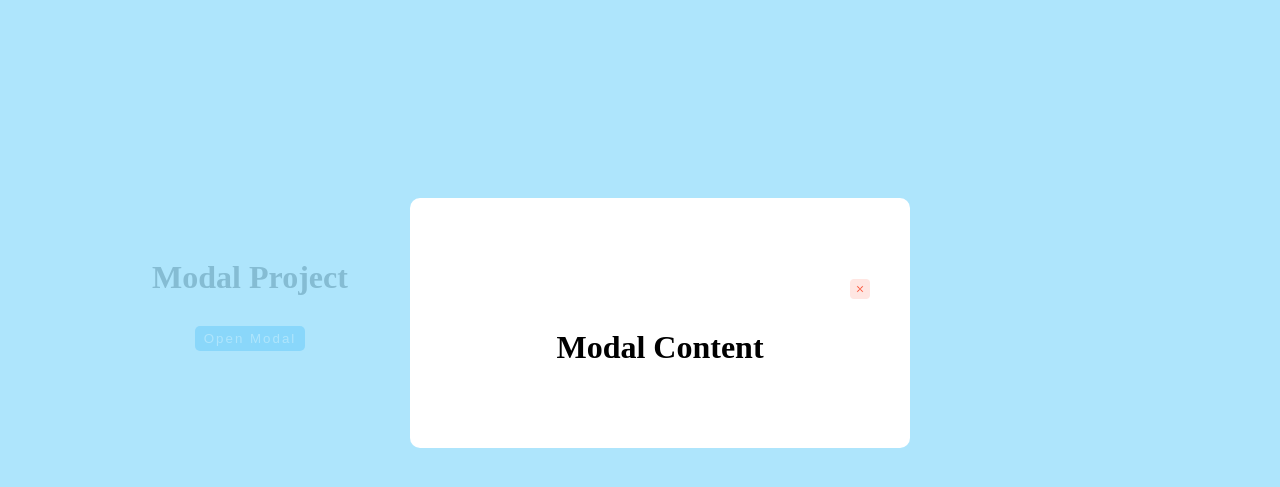
Repository: Trapti10/20-js-practice-projects-in-7-days-challenge
Page: Project_4_Modal_Project/index.html
The author's editor kept a copy of each file at every save. The page is drawn from the files as they stood at one save, then again after a run of saves.
The browser window is 1280 px wide. The pictures show the whole page.

Above is the page before, as saved 2025-11-24 13:54:16.

### Project_4_Modal_Project/index.html
<!DOCTYPE html>
<html lang="en">
<head>
    <meta charset="UTF-8">
    <meta name="viewport" content="width=device-width, initial-scale=1.0">
    <title>Modal Project</title>
    <link rel="stylesheet" href="style.css">
</head>
<body>
    <div class="hero">
     <div class="bg-img"  background-img>

    </div>
    <div class="card">
        <h1>Modal Project</h1>

        <button class="Open">
            Open Modal
        </button>
       </div>
       </div>
       <div class="modal-overlay">
        <div class="madal-container">

            <img src="assests/close.png" alt="">
            <div class="modalContent">
                <h1>Modal Content</h1>
            </div>
        </div>
       </div>
    <script src="script.js"></script>
</body>
</html>

### Project_4_Modal_Project/style.css
*{
    margin: 0;
    padding: 0;
}
.hero{
    place-items: center;
}
.bg-img{
    height: 100vh;
    background-position: center center;
    background-repeat: no-repeat;
    position: relative;
    background-size: max(2200px, 100vw);
    background-image: url("https://png.pngtree.com/thumb_back/fh260/background/20230714/pngtree-simplicity-in-blue-a-living-room-interior-design-with-decor-and-image_3888158.jpg");
    background-repeat: no-repeat;
    align-items: center;
    margin-top: 0;
    align-items: center;

}

.card{
    position: absolute;
    top: 25%;
    background: white;
    min-height: 250px;
    min-width: 500px;
    display: flex;
    justify-content: center;
    align-items:center ;
    flex-direction: column;
    border: none;
    border-radius: 10px;
    gap: 30px;
}

button{
    height: 25px;
    width: 110px;
    color: white;
    background: rgb(29, 166, 246);
    border: none;
    letter-spacing: 2px;
    border-radius: 5px;
    padding: 0 4px;
}

button:hover{
    background: transparent;
    color: black;
    border: 2px solid rgb(29, 166, 246);
}

.modal-overlay{
    background: rgba(159, 225, 252, 0.84);
    position: fixed;
    top: 0;
    left: 0;
    width: 100%;
    height: 100%;
    place-items:center;
    display: grid;
    transition: 400ms ease;
    padding: 35px 20px;
    /* visibility: visible; */
    /* z-index: -10; */
}

.madal-container{
    position: absolute;
    top: 25%;
    background: white;
    min-height: 250px;
    min-width: 500px;
    /* position: fixed; */
    display: flex;
    justify-content: center;
    align-items:center ;
    flex-direction: column;
    border: none;
    border-radius: 10px;
    gap: 30px;
}

.madal-container img{
    height: 20px;
    right: 0;
    margin-left: 400px ;
    margin-top: 0px;
}

Loaded but not shown: Project_4_Modal_Project/script.js (no stored copy; drawn as an empty file)

After the next 3 saves:
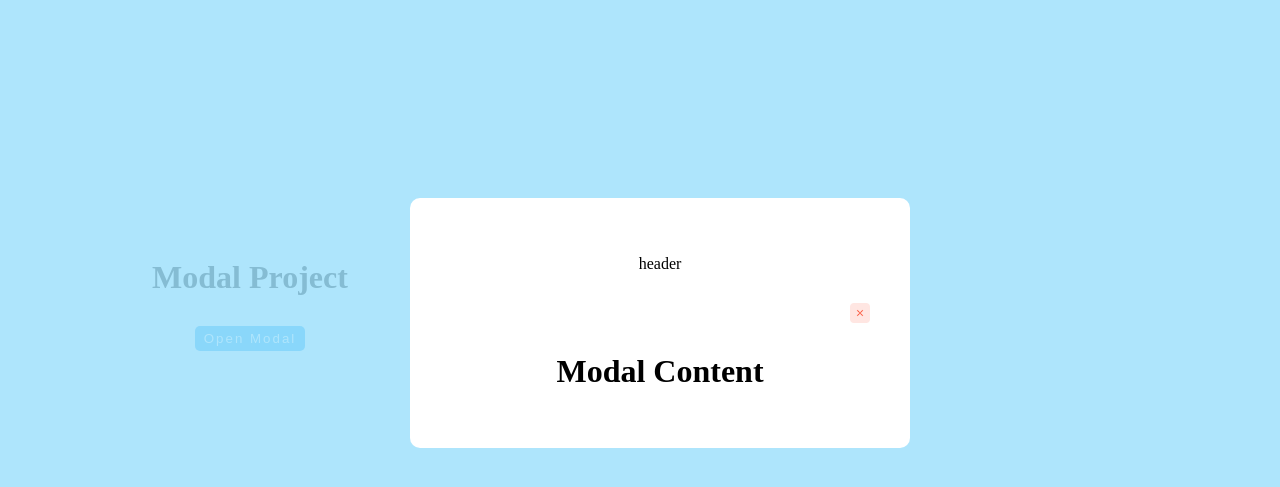
The 3 saves are shown as one change because they came seconds apart.
The last was saved 15 s later.
--- a/Project_4_Modal_Project/index.html
+++ b/Project_4_Modal_Project/index.html
@@ -21,7 +21,7 @@
        </div>
        <div class="modal-overlay">
         <div class="madal-container">
-
+            <div>header</div>
             <img src="assests/close.png" alt="">
             <div class="modalContent">
                 <h1>Modal Content</h1>
